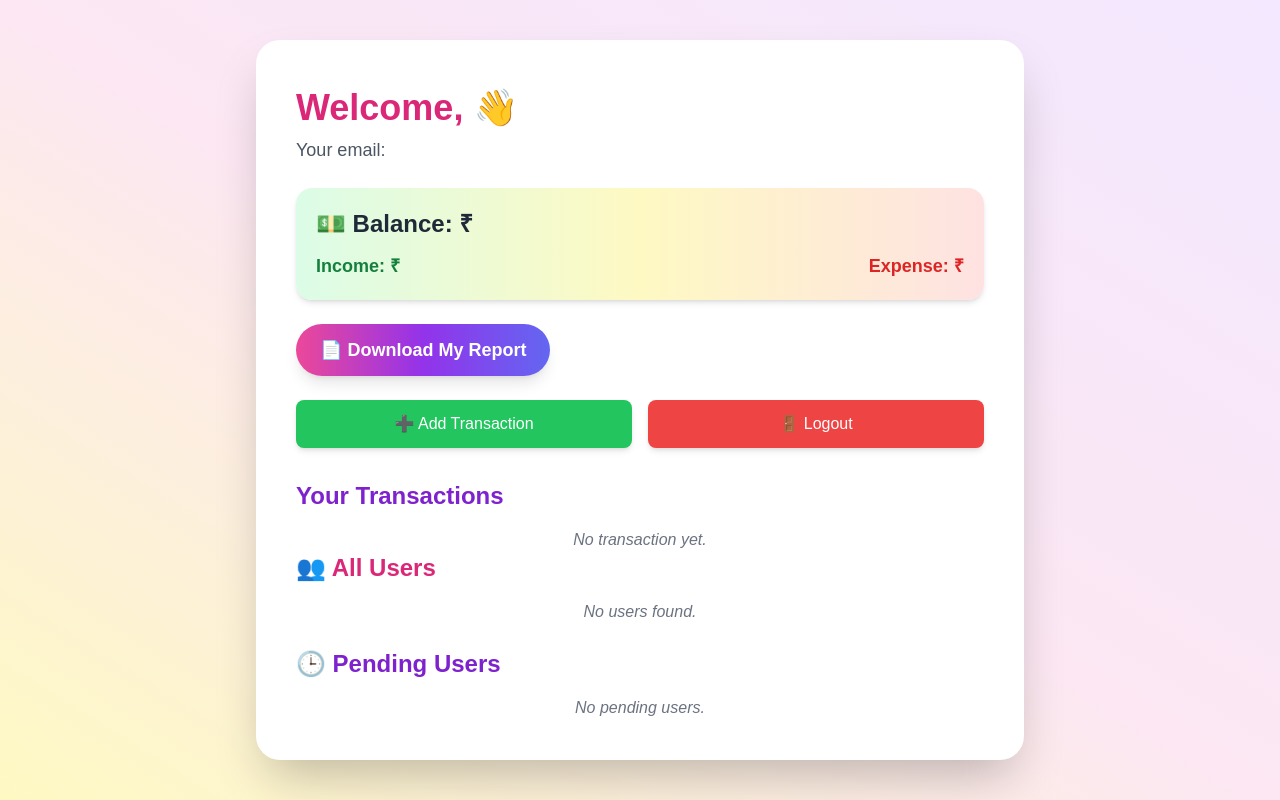
Repository: student-samratojha/ExpenseTrackerApp
Page: views/adminDash.ejs
These files come from the project's save history. The page is drawn as it stood at one moment and after a run of saves; the edit follows.
The browser window is 1280 px wide. The pictures show the whole page.
Some web libraries are served in a nearby version. The page is served by the project's Node server (app.js). The template is opened directly, without the code that normally fills it, so the values that code supplies are empty.

Above is the page before, as saved 2025-10-15 18:10:14.

After the next 4 saves:
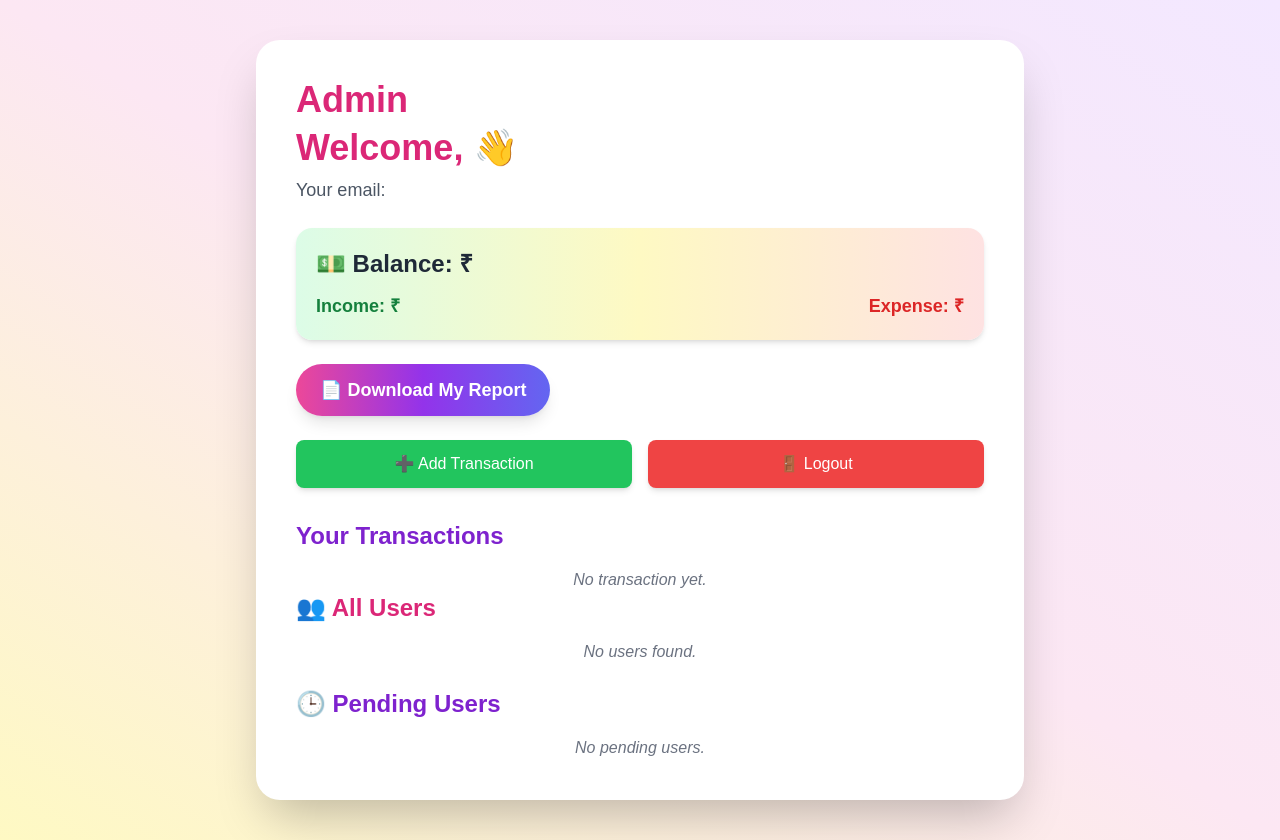
The 4 saves are shown as one change because they came seconds apart.
The last was saved 10 s later.
--- a/views/adminDash.ejs
+++ b/views/adminDash.ejs
@@ -19,7 +19,7 @@
     <div
       class="max-w-full sm:max-w-xl md:max-w-3xl mx-auto bg-white rounded-3xl shadow-2xl p-6 sm:p-8 md:p-10"
     >
-    <h2 class="text-3xl sm:text-4xl font-bold text-pink-600 mb-2"></h2>
+    <h2 class="text-3xl sm:text-4xl abd font-bold text-pink-600 mb-2">Admin</h2>
       <!-- Greeting -->
       <h2 class="text-3xl sm:text-4xl font-bold text-pink-600 mb-2">
         Welcome, <%= admin.userName %> 👋
